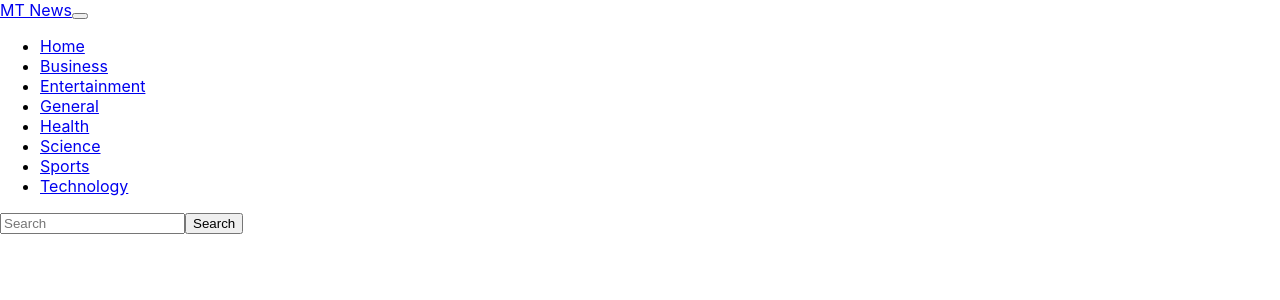
Repository: professorsourabh/news_website_using-ReactJS
Page: /
An editor plug-in stored every save of this project. The page is shown before and after the next save, followed by the edit.
The browser window is 1280 px wide. The pictures show the whole page.
The project was rebuilt for these pictures with package versions that can differ from the ones it lists, and the page was loaded fresh each time. Also part of the build but not shown: src/App.css, src/Components/NewsaItem.js, src/Components/Spinner.js, src/Components/News.js.

Above is the page before, as saved 2023-05-18 11:42:31.

After the next save:
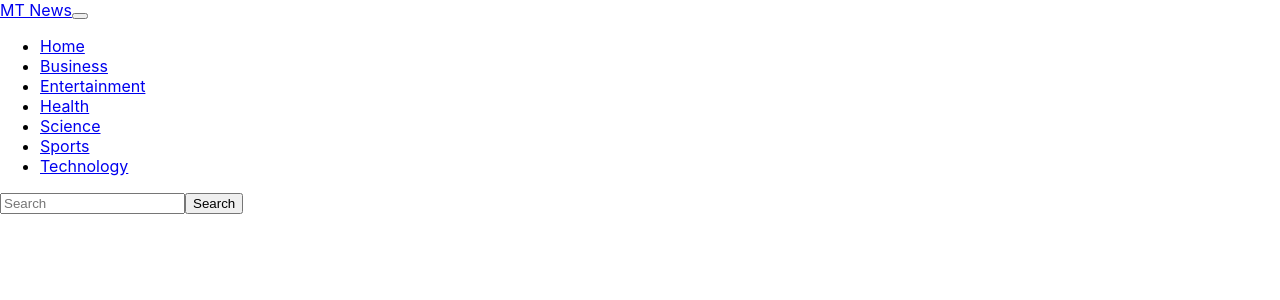
Saved 16 s later.
--- a/src/Components/NavBar.js
+++ b/src/Components/NavBar.js
@@ -25,9 +25,9 @@
                 <li className="nav-item">
                   <Link className="nav-link text-light" aria-current="page" to="/Entertainment">Entertainment</Link>
                 </li>
-                <li className="nav-item">
+                {/* <li className="nav-item">
                   <Link className="nav-link text-light" aria-current="page" to="/General">General</Link>
-                </li>
+                </li> */}
                 <li className="nav-item">
                   <Link className="nav-link text-light" aria-current="page" to="/Health">Health</Link>
                 </li>
